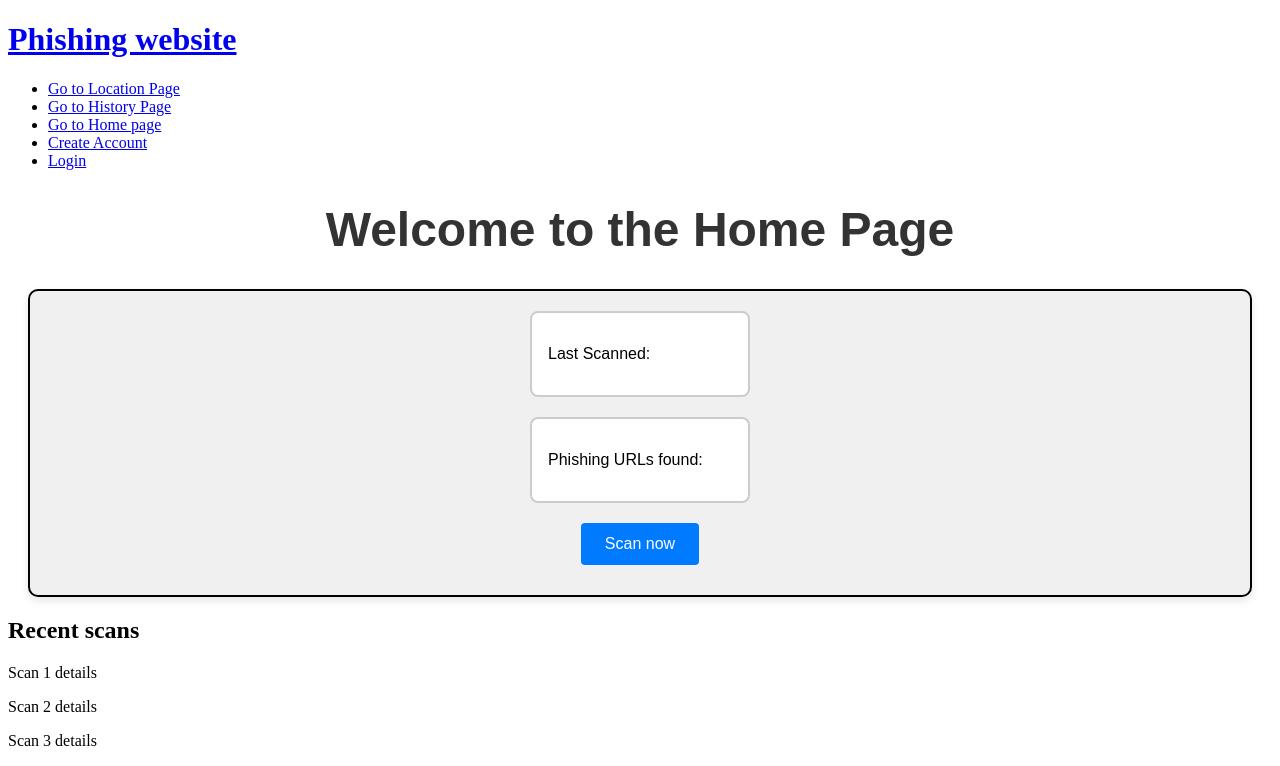
Repository: 2305199/Final-year-project
Page: / (app in frontend/)
The author's editor kept a copy of each file at every save. The page is drawn from the files as they stood at one save, then again after the next save.
The browser window is 1280 px wide. The pictures show the whole page.
The project was rebuilt for these pictures with package versions that can differ from the ones it lists, and the page was loaded fresh each time. Also part of the build but not shown: frontend/vite.config.js, frontend/src/Location/Location.jsx, frontend/src/History/History.jsx, frontend/src/User/CreateAccount.jsx, frontend/src/User/Login.jsx.

Above is the page before, as saved 2026-01-29 01:20:10.

After the next save:
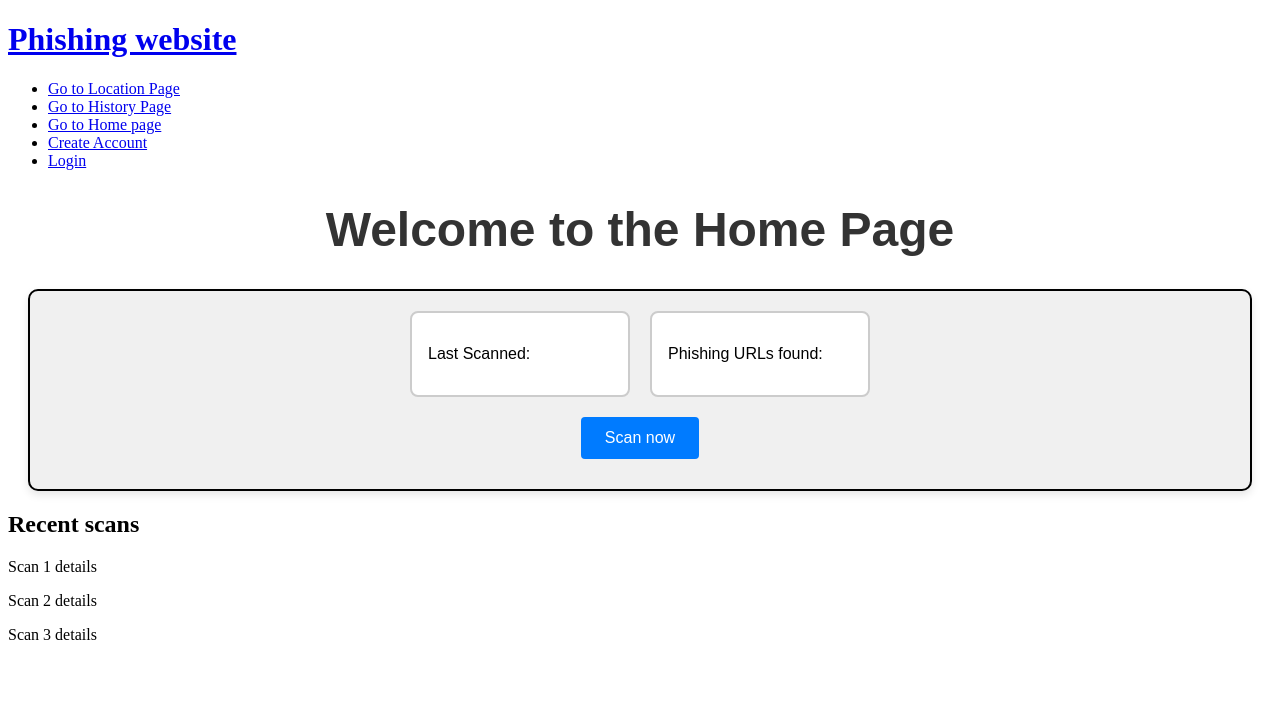
Saved 2 min 7 s later.
--- a/frontend/src/Home/Home.jsx
+++ b/frontend/src/Home/Home.jsx
@@ -5,16 +5,19 @@ function Home() {
 
 
 <div className={styles.Box}>
-  <div className={styles.Lscanned}>
-    <p>Last Scanned:</p>
-  </div>
+  <div className={styles.topRow}>
+    <div className={styles.Lscanned}>
+      <p>Last Scanned:</p>
+    </div>
 
-  <div className={styles.Pfound}>
-    <p>Phishing URLs found:</p>
+    <div className={styles.Pfound}>
+      <p>Phishing URLs found:</p>
+    </div>
   </div>
 
   <button className={styles.scanButton}>Scan now</button>
 </div>
+
 
 
     <div>
